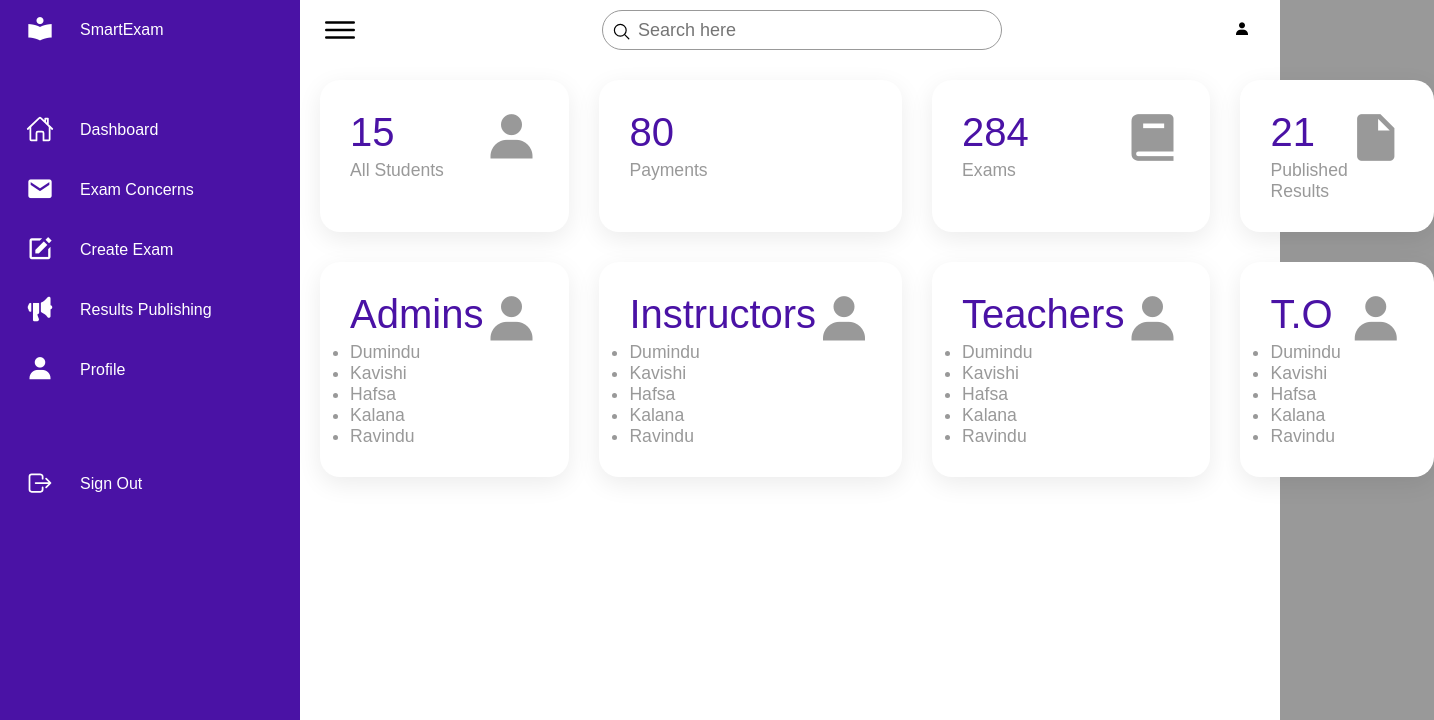
Repository: DissanayakeDA/Registration-web-app
Page: http://localhost/Online-Exam-Management-Web-App/admindashboard.jsp
The author's editor kept a copy of each file at every save. The page is drawn from the files as they stood at one save, then again after the next save.
The browser window is 1280 px wide. The page is 1434 px wide, so the pictures cover 1434 px, including what lies to the right of the window. The pictures show the whole page.
Some web fonts or font styles are not loaded; a fallback is used. The page is served by Tomcat 9. Other server files are loaded and not shown.

Above is the page before, as saved 2024-10-20 12:56:57.

### Online-Exam-Management-Web-App/src/main/webapp/admindashboard.jsp
<%@ page language="java" contentType="text/html; charset=UTF-8"
    pageEncoding="UTF-8"%>
<!DOCTYPE html>
<html lang="en">
  <head>
    <meta charset="UTF-8" />
    <meta name="viewport" content="width=device-width, initial-scale=1.0" />
    <link rel="shortcut icon" href="RegistrationAssets/IMGS/dash.png">
    <title>ADMIN DASH</title>
    <link rel="stylesheet" href="RegistrationAssets/CSS/adminstyle.css" />
    <link
    href="https://unpkg.com/boxicons@2.0.9/css/boxicons.min.css"
    rel="stylesheet"
  />
  </head>
  <body>
    <div class="container">
        <div class="navigation">
          <ul>
            <li>
              <a href="#">
                <span class="icon">
                  <ion-icon class="bx bxs-book-reader"></ion-icon>
                </span>
                <span class="title">SmartExam</span>
              </a>
            </li>

            <li>
              <a href="admindashboard.jsp">
                <span class="icon">
                  <ion-icon name="home-outline"></ion-icon>
                </span>
                <span class="title">Dashboard</span>
              </a>
            </li>

            <li>
              <a href="#">
                <span class="icon">
                  <ion-icon class="bx bxs-envelope"></ion-icon>
                </span>
                <span class="title">Exam Concerns</span>
              </a>
            </li>

            <li>
              <a href="examForm.jsp">
                <span class="icon">
                  <ion-icon class ="bx bxs-edit"></ion-icon>
                </span>
                <span class="title">Create Exam</span>
              </a>
            </li>

            <li>
              <a href="publishResults.jsp">
                <span class="icon">
                  <ion-icon name="megaphone"></ion-icon>
                </span>
                <span class="title">Results Publishing</span>
              </a>
            </li>

            <li>
              <a href="#">
                <span class="icon">
                  <ion-icon class= "bx bxs-user"></ion-icon>
                </span>
                <span class="title">Profile</span>
              </a>
            </li>

           <br>
           <br>
           <br>
            <li>
              <a href="Home.jsp">
                <span class="icon">
                  <ion-icon name="log-out-outline"></ion-icon>
                </span>
                <span class="title">Sign Out</span>
              </a>
            </li>
          </ul>
        </div>

        <div class="main">
            <div class="topbar">
              <div class="toggle">
                <ion-icon name="menu-outline"></ion-icon>
              </div>

              <div class="search">
                <label>
                  <input type="text" placeholder="Search here" />
                  <ion-icon name="search-outline"></ion-icon>
                </label>
              </div>

              <div class="user">
                <i class="bx bxs-user" ></i>
              </div>
            </div>

            <div class="cardBox">

                <div class="card">
                  <div>
                    <div class="numbers">15   </div>
                    <a href="GetAllStudentServlet">
                    <div class="cardName"> All Students </div>
                    </a>
                  </div>


                  <div class="iconBx">
                    <i class="bx bxs-user"></i>
                  </div>
                </div>

                <div class="card">
                  <div>
                    <div class="numbers">80</div>
                    <a href ="paymentgetall">
                    <div class="cardName">Payments</div>
                    </a>
                  </div>

                  <div class="iconBx">
                   <box-icon name='money' ></box-icon>

                  </div>
                </div>

                <div class="card">
                  <div>
                    <div class="numbers">284</div>
                    <a href ="GetAllExamServlet">

                    <div class="cardName">Exams</div>
                     </a>
                  </div>

                  <div class="iconBx">
                    <i class="bx bxs-book"></i>
                  </div>
                </div>

                <div class="card">
                  <div>
                    <div class="numbers">21</div>
                    <a href = "getResultServlet">
                    <div class="cardName">Published Results</div>
                    </a>
                  </div>
                     <div class="iconBx">
                      <i class="bx bxs-file-blank"></i>
                    </div>
                  </div>
                  <div class="card">
                    <div>
                      <div class="numbers">Admins</div>
                      <div class="cardName"><ul>
                        <li>Dumindu</li>
                        <li>Kavishi</li>
                        <li>Hafsa</li>
                        <li>Kalana</li>
                        <li>Ravindu</li>
                      </ul></div>
                    </div>
                       <div class="iconBx">
                        <i class="bx bxs-user"></i>
                      </div>
                    </div>
                    <div class="card">
                      <div>
                        <div class="numbers">Instructors</div>
                        <div class="cardName"><ul>
                          <li>Dumindu</li>
                          <li>Kavishi</li>
                          <li>Hafsa</li>
                          <li>Kalana</li>
                          <li>Ravindu</li>
                        </ul></div>
                      </div>
                         <div class="iconBx">
                          <i class="bx bxs-user"></i>
                        </div>
                      </div>
                      <div class="card">
                        <div>
                          <div class="numbers">Teachers</div>
                          <div class="cardName"><ul>
                            <li>Dumindu</li>
                            <li>Kavishi</li>
                            <li>Hafsa</li>
                            <li>Kalana</li>
                            <li>Ravindu</li>
                          </ul></div>
                        </div>
                           <div class="iconBx">
                            <i class="bx bxs-user"></i>
                          </div>
                        </div>
                        <div class="card">
                          <div>
                            <div class="numbers">T.O</div>
                            <div class="cardName"><ul>
                              <li>Dumindu</li>
                              <li>Kavishi</li>
                              <li>Hafsa</li>
                              <li>Kalana</li>
                              <li>Ravindu</li>
                            </ul></div>
                          </div>
                             <div class="iconBx">
                              <i class="bx bxs-user"></i>
                            </div>
                          </div>
              </div>













            <script src="RegistrationAssets/Script/admin.js"></script>
        <script
        type="module"
        src="https://unpkg.com/ionicons@5.5.2/dist/ionicons/ionicons.esm.js"
      ></script>
      <script
        nomodule
        src="https://unpkg.com/ionicons@5.5.2/dist/ionicons/ionicons.js"
      ></script>
  </body>
</html>

### Online-Exam-Management-Web-App/src/main/webapp/RegistrationAssets/CSS/adminstyle.css
@import url("https://fonts.googleapis.com/css2?family=Ubuntu:wght@300;400;500;700&display=swap");

* {
  font-family: "Ubuntu", sans-serif;
  margin: 0;
  padding: 0;
  box-sizing: border-box;
}

:root {
  --blue: #4a12a5;
  --white: #fff;
  --gray: #f5f5f5;
  --black1: #222;
  --black2: #999;
}

body {
  min-height: 100vh;
  overflow-x: hidden;
  background: #999;
}

.container {
  position: relative;
  width: 100%;
}

.navigation {
  position: fixed;
  width: 300px;
  height: 100%;
  background: var(--blue);
  border-left: 10px solid var(--blue);
  transition: 0.5s;
  overflow: hidden;
}
.navigation.active {
  width: 80px;
}

.navigation ul {
  position: absolute;
  top: 0;
  left: 0;
  width: 100%;
}

.navigation ul li {
  position: relative;
  width: 100%;
  list-style: none;
  border-top-left-radius: 30px;
  border-bottom-left-radius: 30px;
}

.navigation ul li:hover,
.navigation ul li.hovered {
  background-color: var(--white);
}

.navigation ul li:nth-child(1) {
  margin-bottom: 40px;
  pointer-events: none;
}

.navigation ul li a {
  position: relative;
  display: block;
  width: 100%;
  display: flex;
  text-decoration: none;
  color: var(--white);
}
.navigation ul li:hover a,
.navigation ul li.hovered a {
  color: var(--blue);
}

.navigation ul li a .icon {
  position: relative;
  display: block;
  min-width: 60px;
  height: 60px;
  line-height: 75px;
  text-align: center;
}
.navigation ul li a .icon ion-icon {
  font-size: 1.75rem;
}
/*.brand,
.title {
  margin-left: 20px;
}*/
.navigation ul li a .title {
  position: relative;
  display: block;
  padding: 0 10px;
  height: 60px;
  line-height: 60px;
  text-align: start;
  white-space: nowrap;
}

.navigation ul li:hover a::before,
.navigation ul li.hovered a::before {
  content: "";
  position: absolute;
  right: 0;
  top: -50px;
  width: 50px;
  height: 50px;
  background-color: transparent;
  border-radius: 50%;
  box-shadow: 35px 35px 0 10px var(--white);
  pointer-events: none;
}
.navigation ul li:hover a::after,
.navigation ul li.hovered a::after {
  content: "";
  position: absolute;
  right: 0;
  bottom: -50px;
  width: 50px;
  height: 50px;
  background-color: transparent;
  border-radius: 50%;
  box-shadow: 35px -35px 0 10px var(--white);
  pointer-events: none;
}
@media (max-width: 991px) {
  .navigation {
    left: -300px;
  }
  .navigation.active {
    width: 300px;
    left: 0;
  }
  .main {
    width: 100%;
    left: 0;
  }
  .main.active {
    left: 300px;
  }
  .cardBox {
    grid-template-columns: repeat(2, 1fr);
  }
}

@media (max-width: 768px) {
  .details {
    grid-template-columns: 1fr;
  }
  .recentOrders {
    overflow-x: auto;
  }
  .status.inProgress {
    white-space: nowrap;
  }
}

@media (max-width: 480px) {
  .cardBox {
    grid-template-columns: repeat(1, 1fr);
  }
  .cardHeader h2 {
    font-size: 20px;
  }
  /*.user {
    min-width: 40px;
  }*/
  .navigation {
    width: 100%;
    left: -100%;
    z-index: 1000;
  }
  .navigation.active {
    width: 100%;
    left: 0;
  }
  .toggle {
    z-index: 10001;
  }
  .main.active .toggle {
    color: #fff;
    position: fixed;
    right: 0;
    left: initial;
  }
}
.main {
  position: absolute;
  width: calc(100% - 300px);
  left: 300px;
  min-height: 100vh;
  background: var(--white);
  transition: 0.5s;
}
.main.active {
  width: calc(100% - 80px);
  left: 80px;
}

.topbar {
  width: 100%;
  height: 60px;
  display: flex;
  justify-content: space-between;
  align-items: center;
  padding: 0 10px;
}

.toggle {
  position: relative;
  width: 60px;
  height: 60px;
  display: flex;
  justify-content: center;
  align-items: center;
  font-size: 2.5rem;
  cursor: pointer;
}

.search {
  position: relative;
  width: 400px;
  margin: 0 10px;
}

.search label {
  position: relative;
  width: 100%;
}

.search label input {
  width: 100%;
  height: 40px;
  border-radius: 40px;
  padding: 5px 20px;
  padding-left: 35px;
  font-size: 18px;
  outline: none;
  border: 1px solid var(--black2);
}

.search label ion-icon {
  position: absolute;
  top: 0;
  left: 10px;
  font-size: 1.2rem;
}

.user {
  position: relative;
  margin-right: 20px;
  border-radius: 50%;
  overflow: hidden;
  cursor: pointer;
}

.cardBox {
  position: relative;
  width: 100%;
  padding: 20px;
  display: grid;
  grid-template-columns: repeat(4, 1fr);
  grid-gap: 30px;
}

.cardBox .card {
  position: relative;
  background: var(--white);
  padding: 30px;
  border-radius: 20px;
  display: flex;
  justify-content: space-between;
  cursor: pointer;
  box-shadow: 0 7px 25px rgba(0, 0, 0, 0.08);
}

.cardBox .card .numbers {
  position: relative;
  font-weight: 500;
  font-size: 2.5rem;
  color: var(--blue);
}

.cardBox .card .cardName {
  color: var(--black2);
  font-size: 1.1rem;
  margin-top: 5px;
}

.cardBox .card .iconBx {
  font-size: 3.5rem;
  color: var(--black2);
}

.cardBox .card:hover {
  background: var(--blue);
}
.cardBox .card:hover .numbers,
.cardBox .card:hover .cardName,
.cardBox .card:hover .iconBx {
  color: var(--white);
}

@media (max-width: 991px) {
  .navigation {
    left: -300px;
  }

  .navigation.active {
    width: 300px;
    left: 0;
  }

  .main {
    width: 100%;
    left: 0;
  }

  .main.active {
    left: 300px;
  }

  .cardBox {
    grid-template-columns: repeat(2, 1fr);
  }

  .search {
    width: 250px;
  }
}

@media (max-width: 768px) {
  .navigation {
    width: 100%;
    left: -100%;
    z-index: 1000;
  }

  .navigation.active {
    left: 0;
  }

  .main {
    width: 100%;
    left: 0;
  }

  .cardBox {
    grid-template-columns: 1fr;
    padding: 10px;
  }

  .search {
    width: 100%;
  }
}

@media (max-width: 480px) {
  .cardBox {
    grid-template-columns: 1fr;
    grid-gap: 15px;
  }

  .toggle {
    font-size: 2rem;
  }

  .cardBox .card {
    padding: 20px;
  }

  .cardBox .card .numbers {
    font-size: 1.8rem;
  }

  .cardBox .card .cardName {
    font-size: 1rem;
  }
}

/*new*/

.fullWidthCard {
  margin: 5px;
  background: var(--white);
  padding: 30px;
  border-radius: 20px;
  grid-column: span 4; /* Make the div span the full width */
  box-shadow: 0 7px 25px rgba(0, 0, 0, 0.08);
}

.fullWidthCard .content {
  font-size: 1.5rem;
  color: var(--black1);
  text-align: center;
}

/* Add hover effect similar to cards */
/*.fullWidthCard:hover,
.content:hover {
  background: var(--blue);
  color: var(--white);
}
*//* Container for the form */
.form-container {
  width: 100%;
  max-width: 450px;
  margin: 50px auto; /* Centers the form horizontally and adds top margin */
  background-color: #fff;
  padding: 30px;
  box-shadow: 0 4px 8px rgba(0, 0, 0, 0.1); /* Box shadow for the form container */
  border-radius: 10px;
}

.form-container h1 {
  text-align: center;
  font-size: 24px;
  margin-bottom: 20px;
}

.form-container span {
  display: block;
  text-align: center;
  margin-bottom: 20px;
  font-size: 14px;
  color: #555;
}

/* Styling for the inputs */
.form-container input {
  width: 100%;
  padding: 10px;
  margin: 10px 0;
  border-radius: 5px;
  border: 1px solid #ccc;
  box-sizing: border-box;
  padding-left: 35px; /* Padding for the icon */
  position: relative;
}

/* Icons inside the form inputs */
.form-container input::before {
  content: "";
  position: absolute;
  left: 10px;
  top: 50%;
  transform: translateY(-50%);
  font-family: 'FontAwesome';
  font-size: 16px;
  color: #aaa;
}

/* Specific icons for each input */
.form-container input[placeholder="Name"]::before {
  content: "\f007"; /* FontAwesome user icon */
}

.form-container input[placeholder="Email"]::before {
  content: "\f0e0"; /* FontAwesome envelope icon */
}

.form-container input[placeholder="Mobile Number"]::before {
  content: "\f10b"; /* FontAwesome phone icon */
}

.form-container input[placeholder="Password"]::before {
  content: "\f023"; /* FontAwesome lock icon */
}

.form-container input[placeholder="Confirm Password"]::before {
  content: "\f023"; /* FontAwesome lock icon */
}

/* Button styling */
.form-container button {
  width: 100%;
  padding: 10px;
  background-color: #4a12a5;
  color: white;
  border: none;
  border-radius: 5px;
  font-size: 16px;
  cursor: pointer;
  transition: background-color 0.3s ease;
}

.form-container button:hover {
  background-color: #4a12a5;
}

/* Responsive design */
@media (max-width: 768px) {
  .form-container {
    margin: 20px auto;
    padding: 20px;
  }
}

.home-icon {
  position: absolute;
  top: 10px;
  left: 10px;
  font-size: 24px;
  color: #6a1b9a;
}
.profile {
  display: block;
  width: 100%;
  max-width: 450px;
  margin: 50px auto; /* Centers the form horizontally and adds top margin */
  background-color: #fff;
  padding: 30px;
  box-shadow: 0 4px 8px rgba(0, 0, 0, 0.1); /* Box shadow for the form container */
  border-radius: 10px;
}
/* Table styling */
.custom-table {
  width: 100%;
  border-collapse: collapse;
  margin-top: 20px;
  text-align: left;
}

.custom-table th, .custom-table td {
  padding: 12px 15px;
  border-bottom: 1px solid #ddd;
}

.custom-table th {
  background-color: var(--blue);
  color: var(--white);
  text-align: center; /* Center header text */
}

.custom-table td {
  color: var(--black1);
  text-align: left; /* Align body text to the left for better readability */
}

.custom-table tr:hover {
  background-color: var(--gray); /* Hover effect for rows */
}

/* Responsive table for smaller screens */
@media (max-width: 768px) {
  .custom-table th, .custom-table td {
    font-size: 14px;
    padding: 10px;
  }
}
a{
  text-decoration: none;
  font-family:  "Ubuntu", sans-serif;
  color: var(--black2)
}
a:hover{
  color: #fff;
}

Loaded but not shown: Online-Exam-Management-Web-App/src/main/webapp/RegistrationAssets/Script/admin.js (common file)

After the next save:
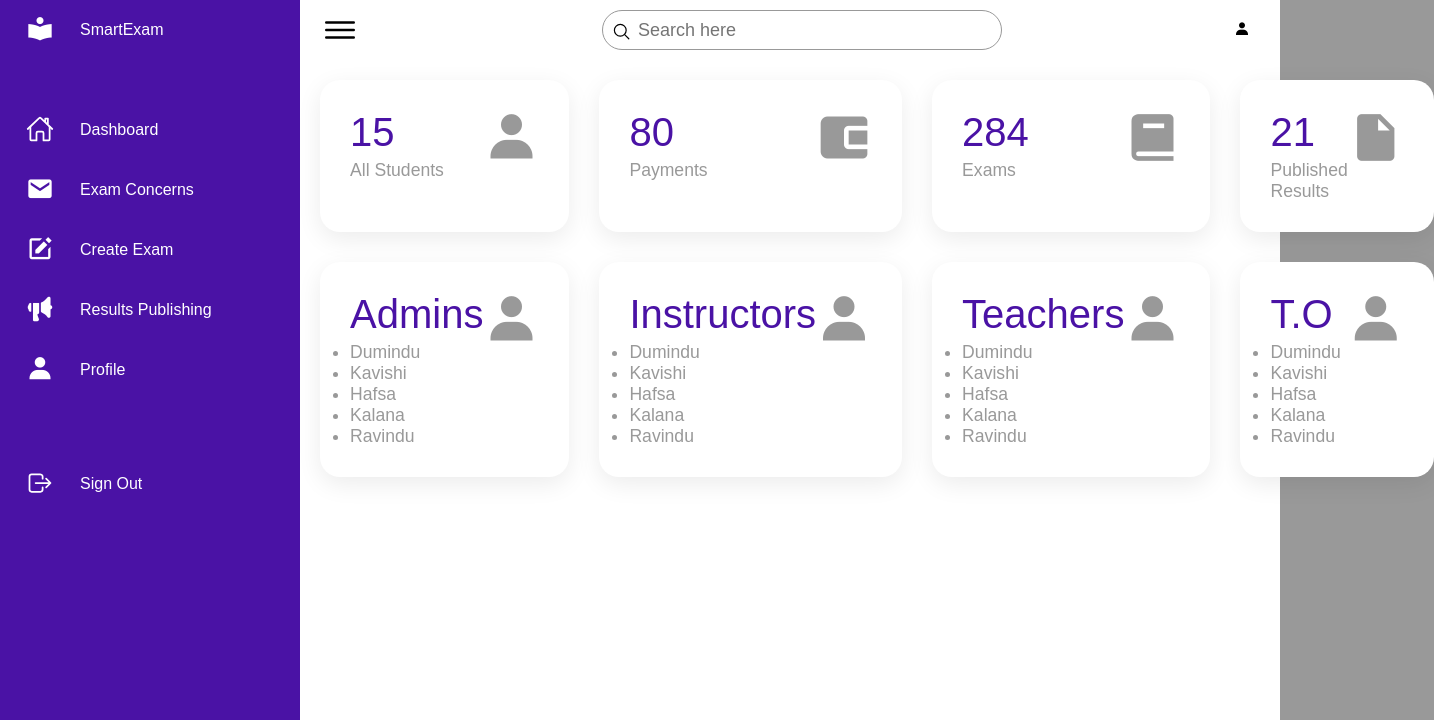
Saved 43 s later.
--- a/Online-Exam-Management-Web-App/src/main/webapp/admindashboard.jsp
+++ b/Online-Exam-Management-Web-App/src/main/webapp/admindashboard.jsp
@@ -128,7 +128,8 @@
                   </div>
 
                   <div class="iconBx">
-                   <box-icon name='money' ></box-icon>
+                    <i class="bx bxs-wallet-alt
+                    "></i>
 
                   </div>
                 </div>
